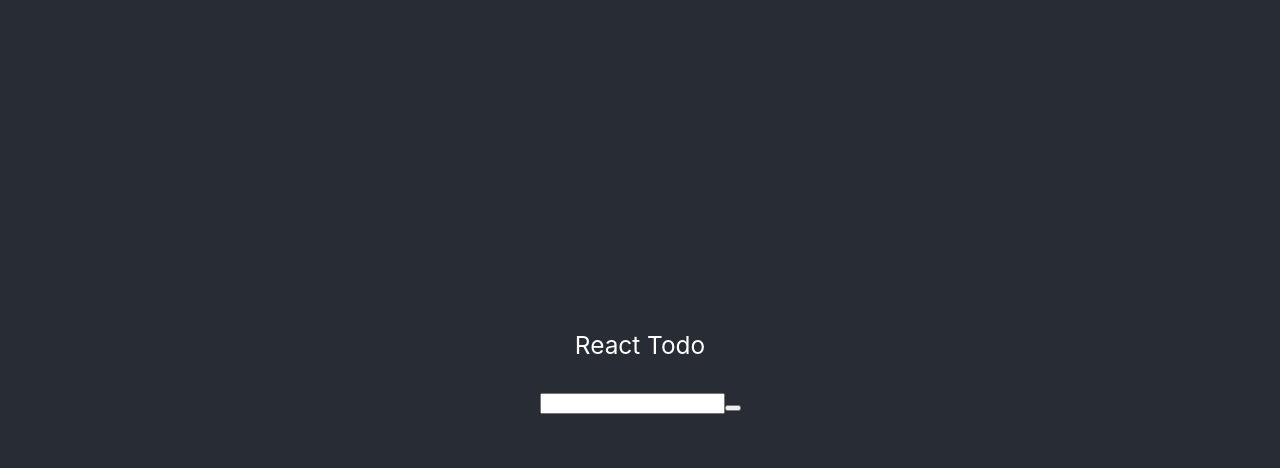
Repository: DinoDime/TodoList3
Page: /
These files come from the project's save history. The page is drawn as it stood at one moment and after the next save; the edit follows.
The browser window is 1280 px wide. The pictures show the whole page.
The project was rebuilt for these pictures with package versions that can differ from the ones it lists, and the page was loaded fresh each time.

Above is the page before, as saved 2021-04-14 16:15:18.

After the next save:
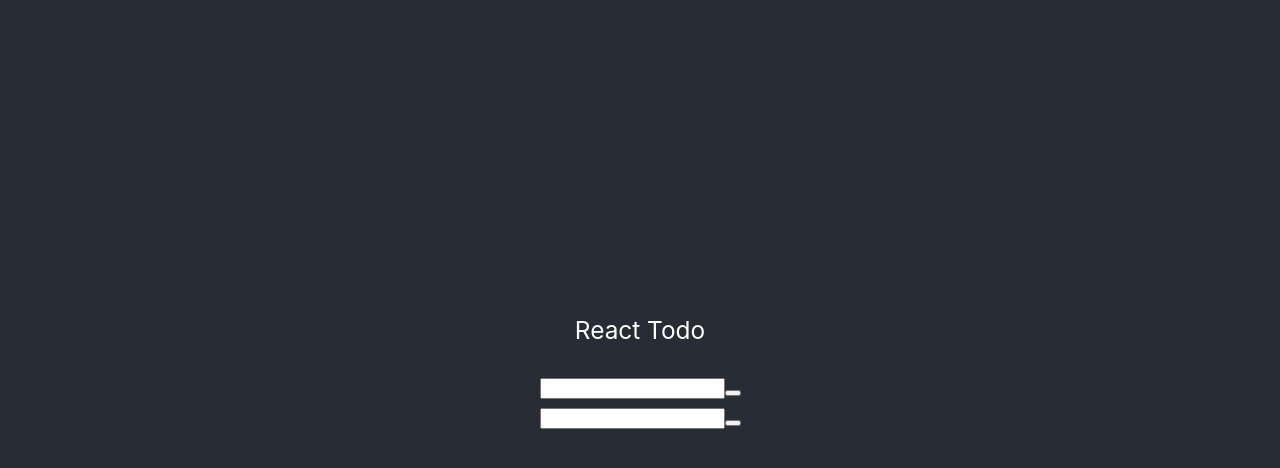
Saved 5 s later.
--- a/src/App.js
+++ b/src/App.js
@@ -13,7 +13,8 @@ const App = () => {
     <div className="App">
       <header className="App-header">
         <p>React Todo</p>
-        <TodoForm addTodo={addTodo}/>
+        <TodoForm addTodo={addTodo} />
+        <TodoForm addTodo={addTodo} />
       </header>
     </div>
   );
